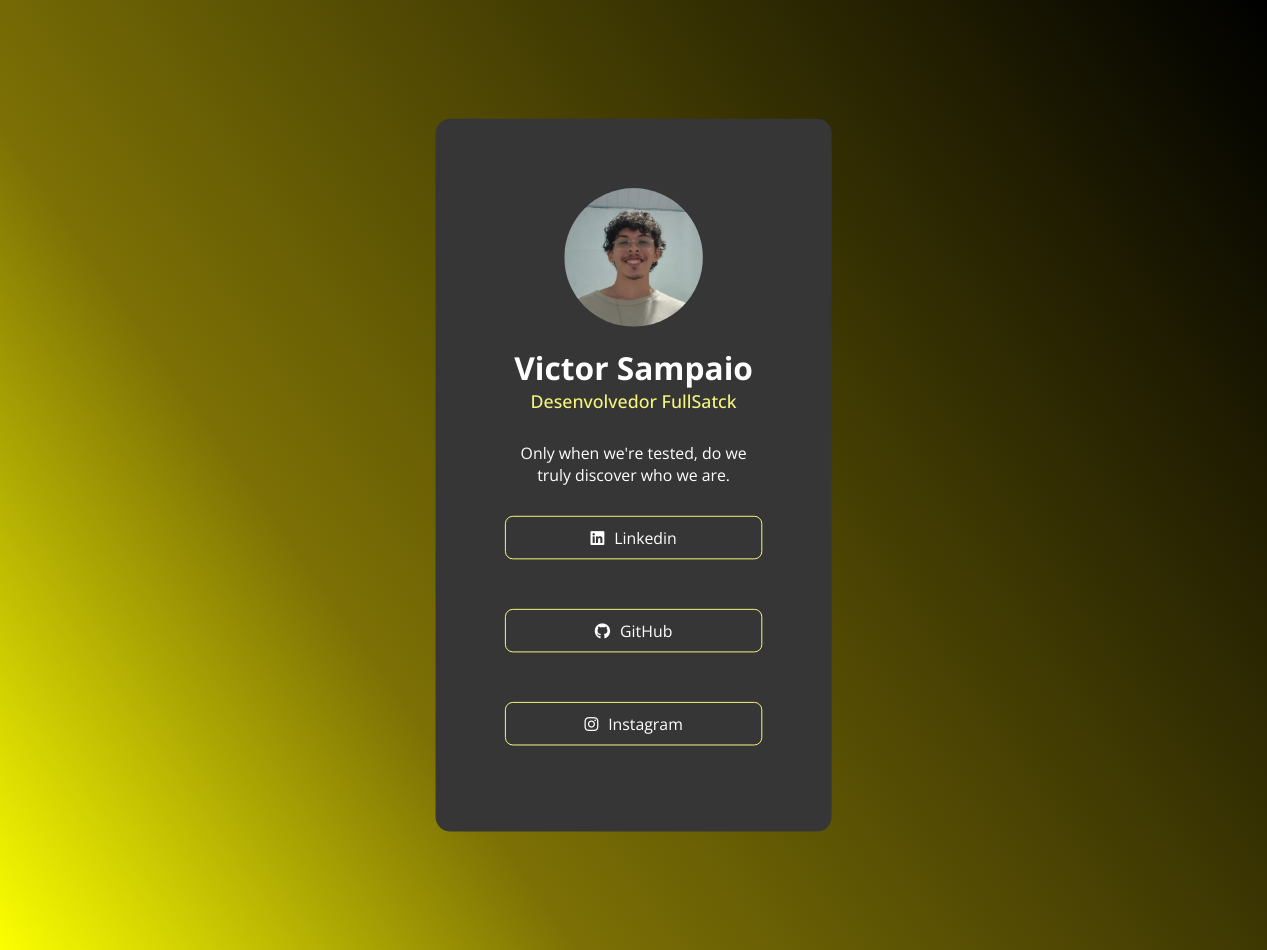
Repository: VictorSampaioDev/linkthree-gt9
Page: index.html
The author's editor kept a copy of each file at every save. The page is drawn from the files as they stood at one save, then again after the next save.
The browser window is 1280 px wide. The pictures show the whole page, at 99% of full size.

Above is the page before, as saved 2025-04-11 11:55:34.

### index.html
<!DOCTYPE html>
<html lang="pt-br">
<head>
    <meta charset="UTF-8">
    <meta name="viewport" content="width=device-width, initial-scale=1.0">
    <title>linkthree JV</title>
    <link rel="stylesheet" href="style.css">
    <link rel="preconnect" href="https://fonts.googleapis.com">
    <link rel="preconnect" href="https://fonts.gstatic.com" crossorigin>
    <link href="https://fonts.googleapis.com/css2?family=Open+Sans:ital,wght@0,300..800;1,300..800&display=swap" rel="stylesheet">
    <link rel="stylesheet" href="https://cdnjs.cloudflare.com/ajax/libs/font-awesome/6.5.0/css/all.min.css">
</head>
<body>
    <div class="container-main">
<!-- imagem -->
        <div class="container-image">
            <img src="./assets/image-profile.jpeg" alt="Foto de Perfil">
        </div>
<!-- Titulos -->
      <div class="container-infos">
        <h1>Victor Sampaio</h1>
        <h2>Desenvolvedor FullSatck</h2>
      </div>
<!-- Paragrafo -->
      <div class="container-paragrafo">
        <p>
            Only when we're tested, do we truly discover who we are.
        </p>
      </div>
<!-- lista estilizada ("botões") -->
      <div class="container-social-links">
        <ul>
                <a href="https://www.linkedin.com/in/joao-victor-sampaio-30a556355/" target="_blank">
                    <li>
                        <!-- icone -->
                        <i class="fa-brands fa-linkedin"></i>
                        <!-- paragrafo -->
                        <p>Linkedin</p>
                    </li>
                </a>

                <a href="https://github.com/VictorSampaioDev" target="_blank">
                   <li>
                    <i class="fa-brands fa-github"></i>
                    <p>GitHub</p>
                   </li>
                </a>

                <a href="https://www.instagram.com/jovetorr" target="_blank">
                   <li>
                    <i class="fa-brands fa-instagram"></i>
                    <p>Instagram</p>
                   </li>
                </a>
        </ul>
    </div>
</body>
</html>

### style.css
* {
    font-family: "Open Sans", sans-serif;
    margin: 0;
    padding: 0;
    box-sizing: border-box;
}
body{
    background: linear-gradient( 55deg, rgba(251, 255, 0, 1) 0%, rgb(124, 112, 5) 30%, rgba(0, 0, 0, 1) 100%);

}
.container-main{
    background-color: #363636;
    width: 400px;
    height: 720px;
    box-sizing: border-box;
    margin: 120px auto;
    padding: 70px;
    border-radius: 15px;
    text-align: center;
}
.container-image{

    & img{
       width: 140px;
       border-radius: 100%;
    }
}
.container-infos{
    margin-top: 15px;
    margin-bottom: 10px;
}
.container-infos h1{
    font-weight: 700;
    color: white;
}
.container-infos h2{
    font-weight: 500;
    font-size: 18px;
    color: rgb(246, 246, 124);
}
.container-paragrafo{
    margin-top: 30px;
    color: white;
}
.container-social-links ul {
    display: flex;
    flex-direction: column;
    gap: 20px;
}
.container-social-links li {
    display: flex;
    justify-content: center;
    gap: 10px;
    margin-top: 30px;
    align-items: center;
    border: 1px solid rgb(246, 246, 124);
    border-radius: 8px;
    padding: 10px;
    transition: background-color 0.3s;


    &:hover{
        background-color: rgb(246, 246, 124);
    }
  }

.container-social-links a {
    text-decoration: none;
    color: white;
    transition: color 0.3s;

    &:hover{
        color: black;
    }
}

After the next save:
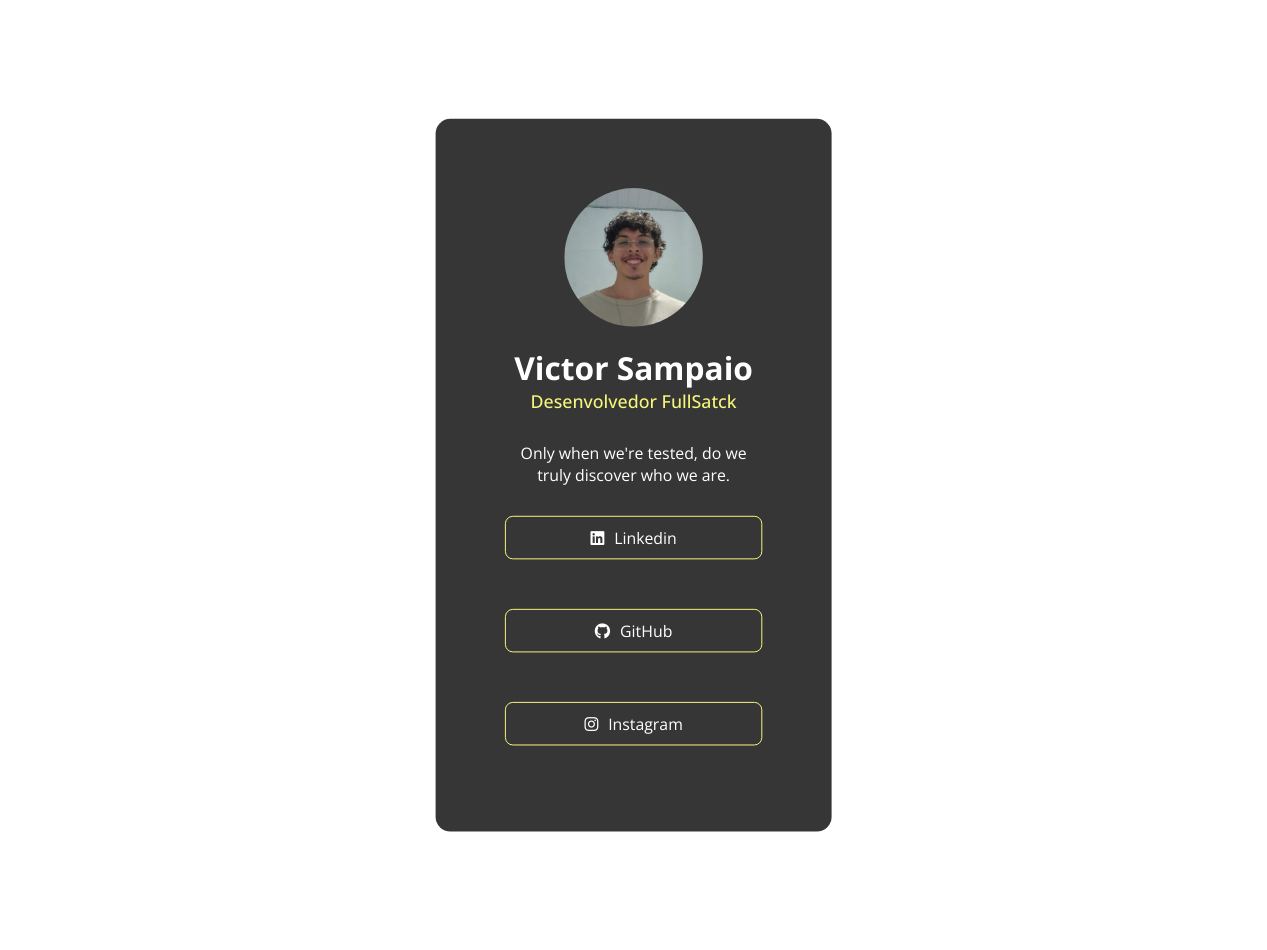
Saved 5 s later.
--- a/style.css
+++ b/style.css
@@ -5,7 +5,7 @@
     box-sizing: border-box;
 }
 body{
-    background: linear-gradient( 55deg, rgba(251, 255, 0, 1) 0%, rgb(124, 112, 5) 30%, rgba(0, 0, 0, 1) 100%);
+    background: linear-gradient( to bottom 55deg, rgba(251, 255, 0, 1) 0%, rgb(124, 112, 5) 30%, rgba(0, 0, 0, 1) 100%);
 
 }
 .container-main{
